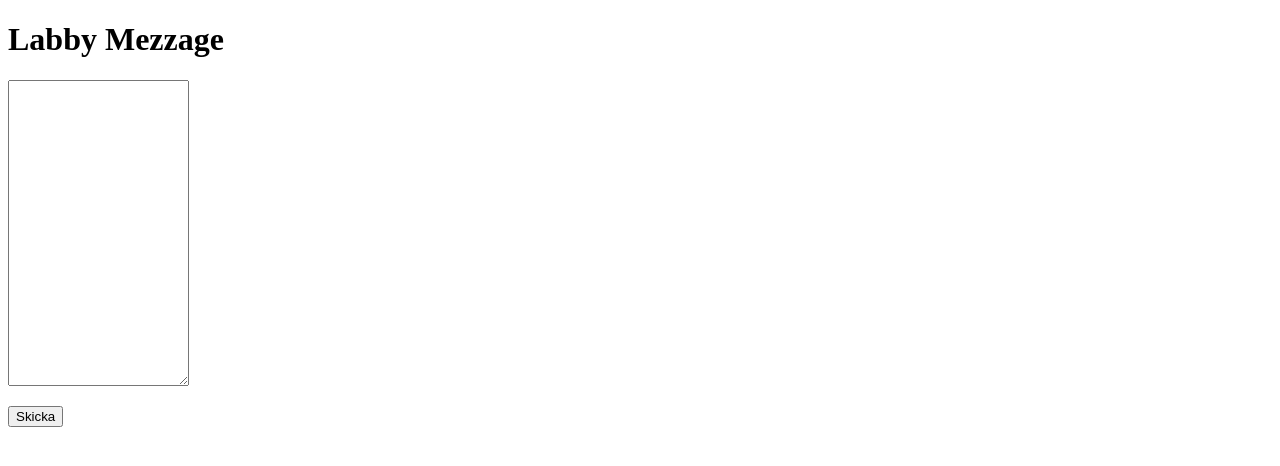
Repository: em222mt/1dv403-laborationer
Page: 2-labbymezzage/Index.html
The author's editor kept a record of every edit. The page is drawn from the files as they stood at one moment, then again after the next edit.
The browser window is 1280 px wide. The pictures show the whole page.

Above is the page before.

### 2-labbymezzage/Index.html
<!DOCTYPE html>
<html lang="sv">
<head>
	<meta charset="UTF-8" />
 	<title>Labby Mezzage</title>

</head>
    <body>
        <h1>Labby Mezzage</h1>

		<form>
            <textarea class="formunit" id="formtext" for="textarea" cols="20" rows="20"></textarea>
            <p id="value"></p>
            <input id="send" type="submit" value="Skicka" />
        </form>

    	  <script src="Message.js"></script>
    	  <script src="MessageBoard.js"></script>

    </body>
</html>

Loaded but not shown: 2-labbymezzage/js/Message.js (no copy from this time; the picture is the same without it); 2-labbymezzage/js/MessageBoard.js (no copy from this time; the picture is the same without it)

After the next edit:
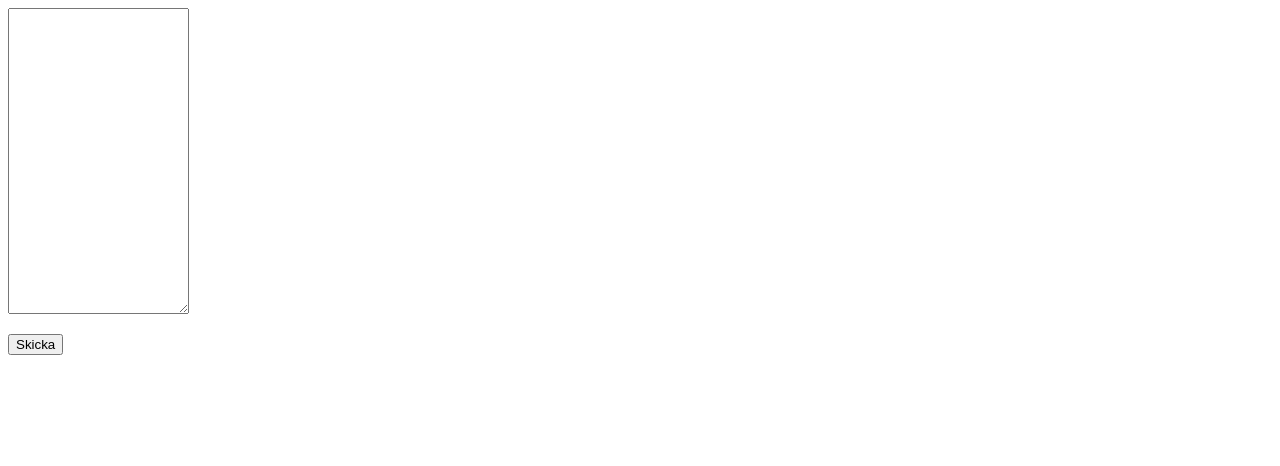
The edit:
--- a/2-labbymezzage/Index.html
+++ b/2-labbymezzage/Index.html
@@ -6,7 +6,10 @@
 
 </head>
     <body>
-        <h1>Labby Mezzage</h1>
+        <header>
+
+        </header>
+
 
 		<form>
             <textarea class="formunit" id="formtext" for="textarea" cols="20" rows="20"></textarea>

After the edit that followed:
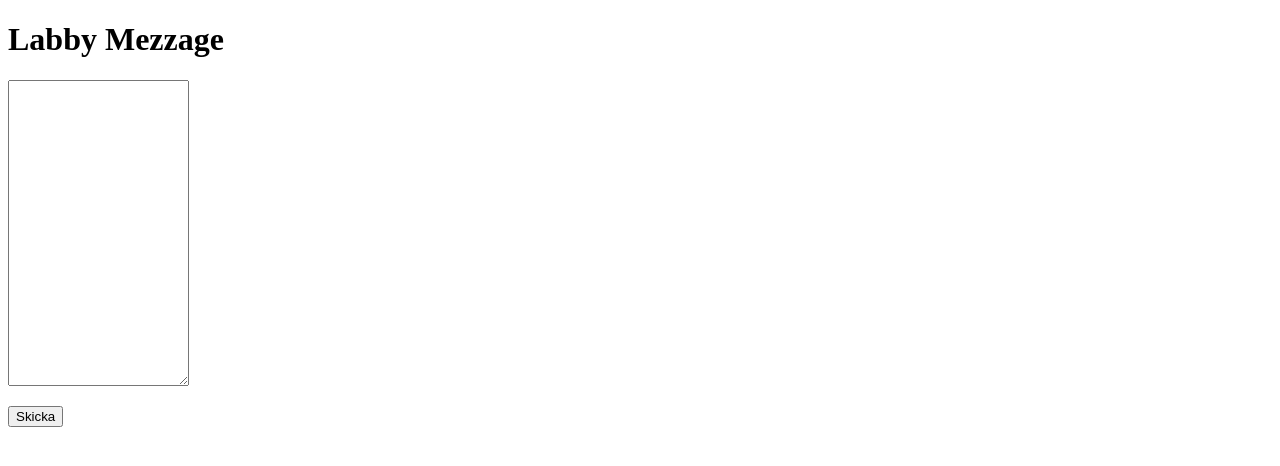
The edit:
--- a/2-labbymezzage/Index.html
+++ b/2-labbymezzage/Index.html
@@ -7,7 +7,7 @@
 </head>
     <body>
         <header>
-
+            <h1>Labby Mezzage</h1>
         </header>
 
 
